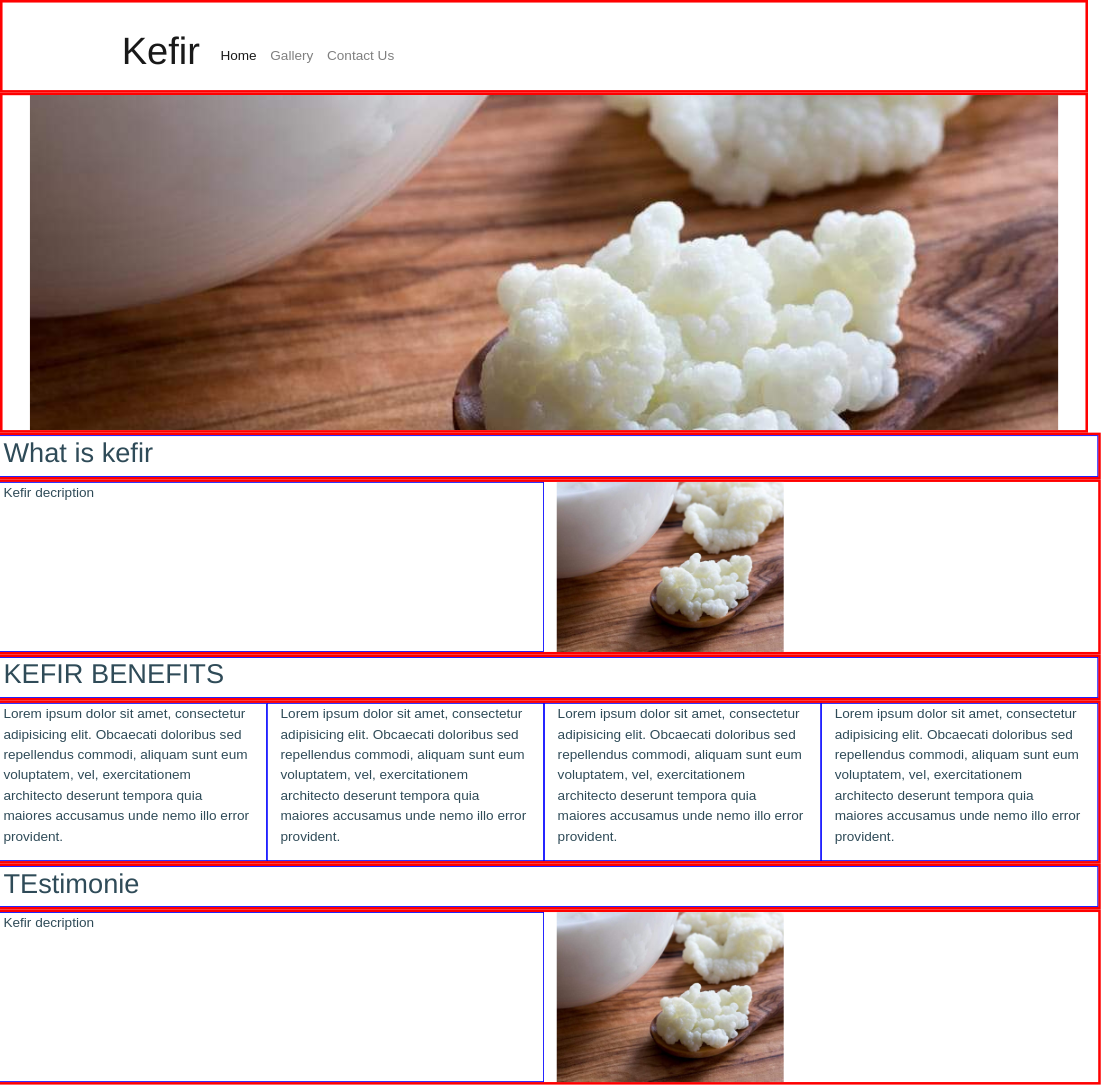
Repository: andna5980/kefir-web
Page: src/index.html
The author's editor kept a copy of each file at every save. The page is drawn from the files as they stood at one save, then again after the next save.
The browser window is 1280 px wide. The page is 1295 px wide, so the pictures cover 1295 px, including what lies to the right of the window. The pictures show the whole page, at 85% of full size.
Some web fonts or font styles are not loaded; a fallback is used. Some web libraries are served in a nearby version.

Above is the page before, as saved 2021-02-28 12:24:52.

After the next save:
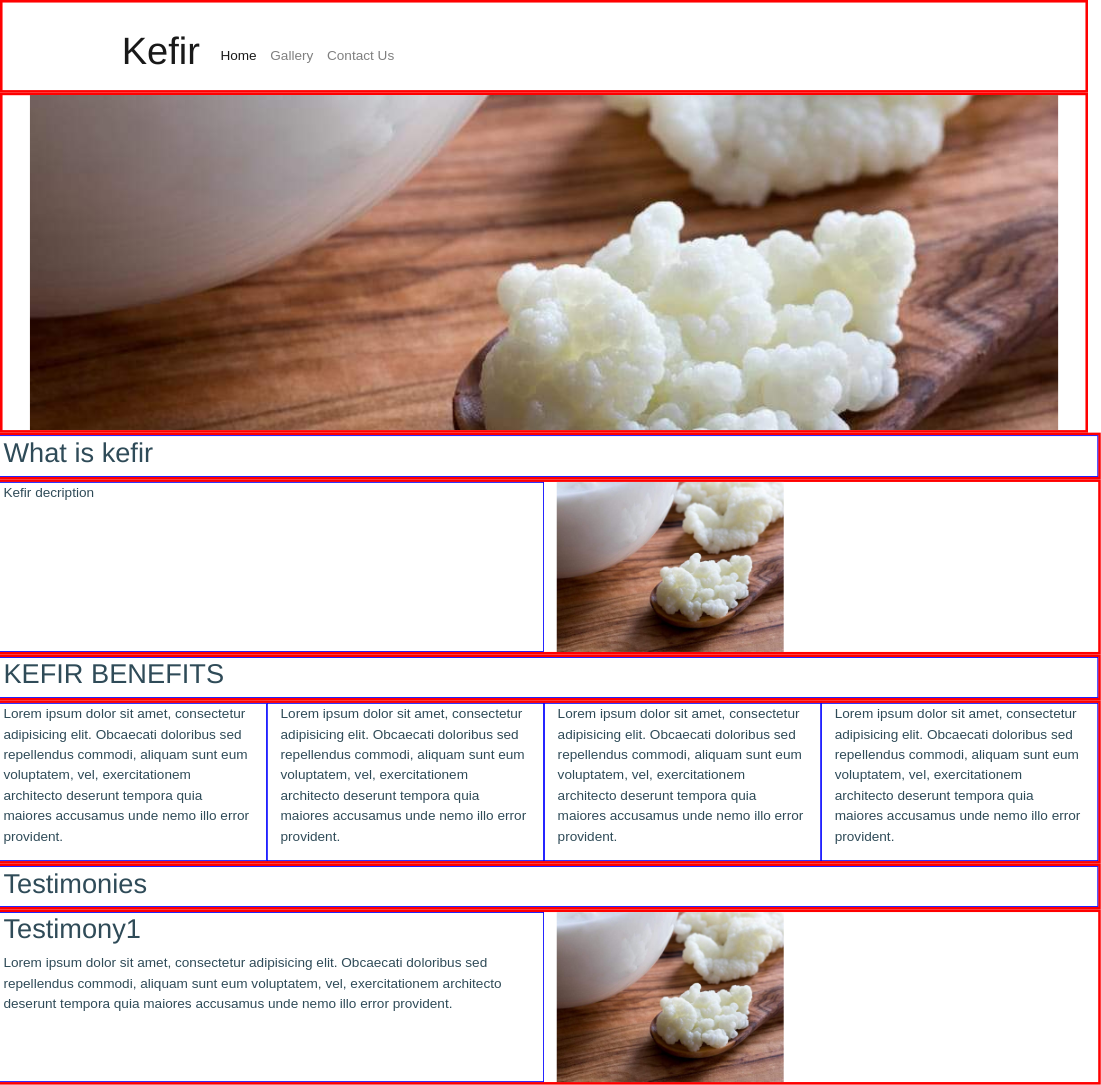
Saved 52 s later.
--- a/src/index.html
+++ b/src/index.html
@@ -109,13 +109,17 @@
   <section>
     <div class=" test-red row">
       <div class=" test-blue col-12">
-        <h2>TEstimonie</h2>
+        <h2>Testimonies</h2>
       </div>
     </div>
 
     <div class=" test-red row">
       <div class="test-blue col-6">
-        <p> Kefir decription</p>
+        <h2>Testimony1</h2>
+        <p>Lorem ipsum dolor sit amet, consectetur adipisicing elit. Obcaecati doloribus sed repellendus commodi,
+          aliquam sunt eum voluptatem, vel, exercitationem architecto deserunt tempora quia maiores accusamus
+           unde nemo illo error provident.</p>
+
       </div>
 
       <div class="col-6">
